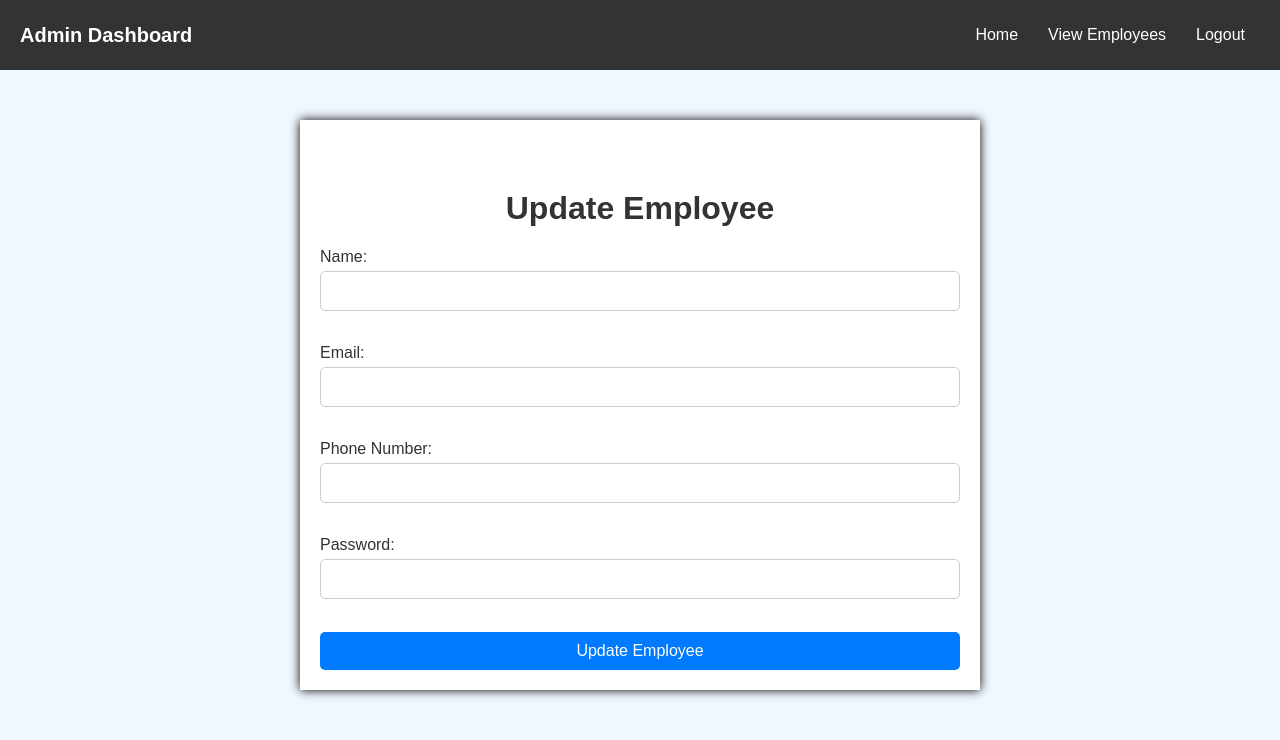
Repository: brijeshparmar2054/javaproject
Page: http://localhost/admin/updateemployee
These files come from the project's save history. The page is drawn as it stood at one moment and after the next save; the edit follows.
The browser window is 1280 px wide. The pictures show the whole page.
The page is this project's Thymeleaf template; nobody is signed in. The template is opened directly, without the code that normally fills it, so the values that code supplies are empty.

Above is the page before, as saved 2024-06-22 06:04:41.

After the next save:
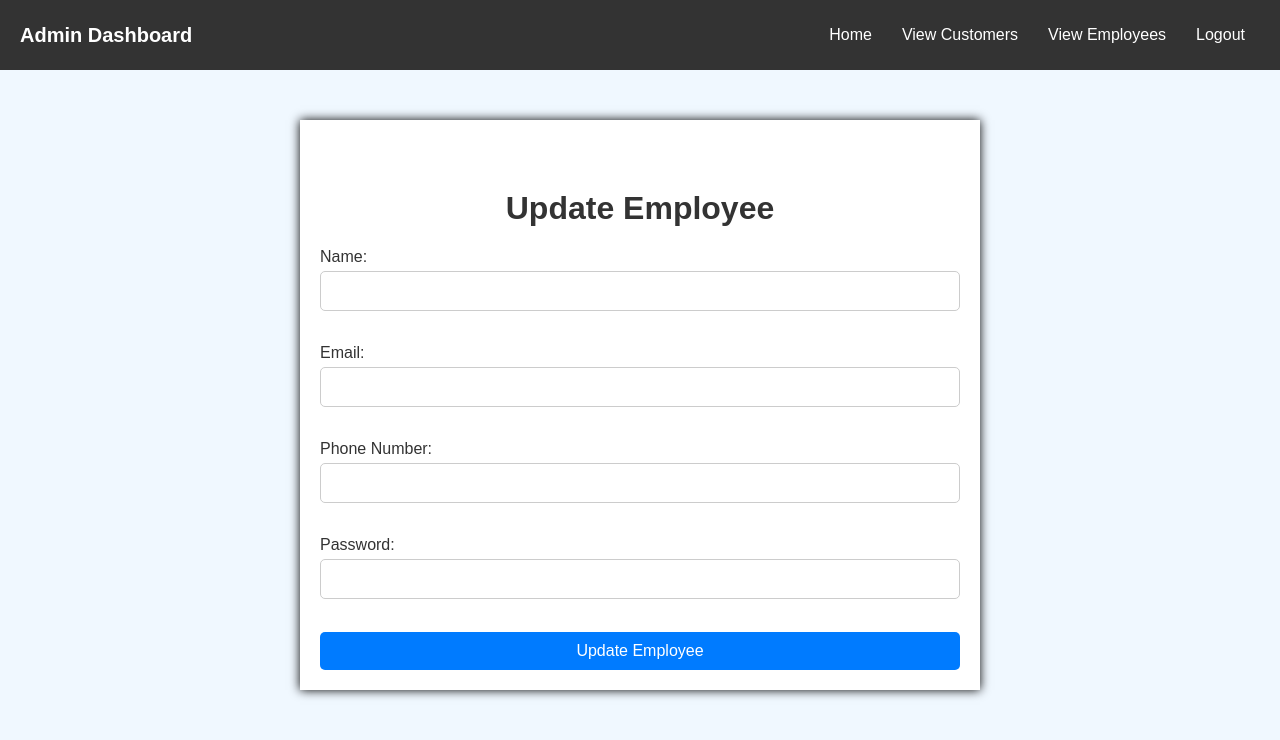
Saved 77 s later.
--- a/cma/web-project/src/main/resources/templates/admin/updateemployee.html
+++ b/cma/web-project/src/main/resources/templates/admin/updateemployee.html
@@ -214,6 +214,7 @@ a:hover {
 		<div class="logo">Admin Dashboard</div>
 		<ul class="nav-links">
 			<li><a th:href="@{/}">Home</a></li>
+			<li><a th:href="@{/admin/viewcustomer}">View Customers</a></li>
 			<li><a th:href="@{../dashboard}">View Employees</a></li>
 			<li><a th:href="@{/}">Logout</a></li>
 		</ul>
